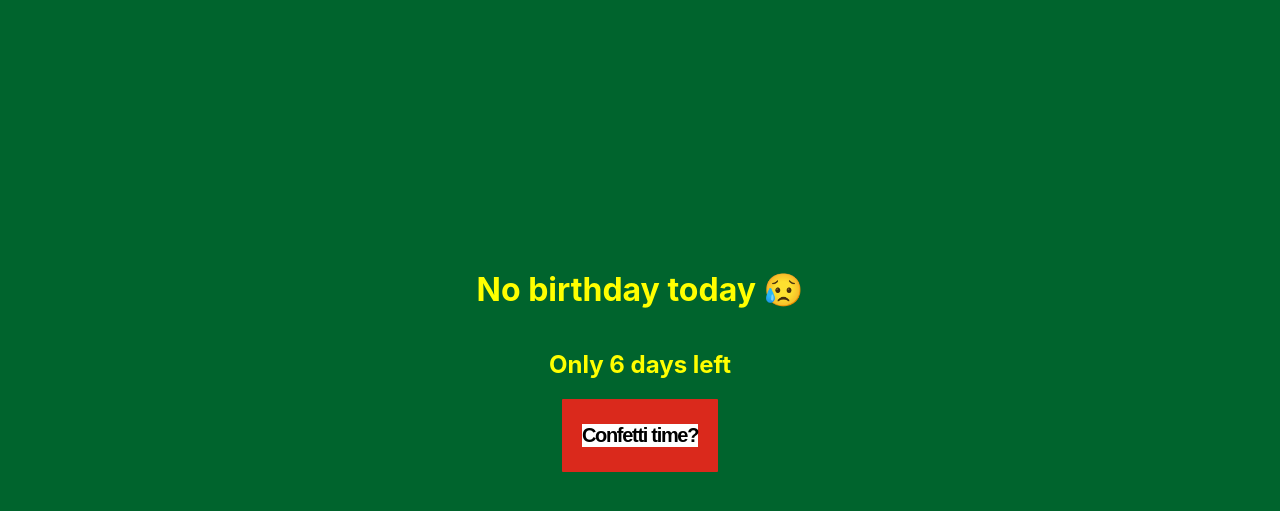
Repository: David-Waite/HannahsBirthdayWebsite
Page: /
These files come from the project's save history. The page is drawn as it stood at one moment and after a run of saves; the edit follows.
The browser window is 1280 px wide. The pictures show the whole page.
The project was rebuilt for these pictures with package versions that can differ from the ones it lists, and the page was loaded fresh each time.

Above is the page before, as saved 2023-03-30 18:23:51.

### src/index.css
body {
  margin: 0;
  font-family: -apple-system, BlinkMacSystemFont, "Segoe UI", "Roboto", "Oxygen",
    "Ubuntu", "Cantarell", "Fira Sans", "Droid Sans", "Helvetica Neue",
    sans-serif;
  -webkit-font-smoothing: antialiased;
  -moz-osx-font-smoothing: grayscale;
}

.App {
  width: 100vw;
  height: 100vh;
  display: flex;
  flex-direction: column;
  align-items: center;
  justify-content: center;
  background-color: #00642d;
  color: rgb(255, 255, 0);
}

button {
  border: none;
  padding: 5px 20px;
  background-color: #da291c;
  color: black;
  font-size: 20px;
  border-radius: 1px;
  font-weight: bold;
  letter-spacing: -1.3px;
}
button p {
  background-color: white;
}

### src/App.js
import "./App.css";

import Confetti from "react-confetti";

import { useState } from "react";

function App() {
  const [confetti, setConfetti] = useState(null);
  const [buttonText, setButtonText] = useState("Confetti time?");
  function isBirthdayToday() {
    const date = new Date();
    if (date.getMonth() === 3 && date.getDate() === 5) {
      return true;
    }
    return false;
  }

  function rainConfetti() {
    if (isBirthdayToday()) {
      setConfetti(true);
      setButtonText("Confetti time!");
    } else {
      setButtonText("no");
    }
  }

  function getDaysUntilBirthday() {
    const date = new Date();
    const hannahBday = new Date(date.getFullYear(), 3, 5);
    const hannahBdayNextYear = new Date(date.getFullYear() + 1, 3, 5);
    const oneDay = 1000 * 60 * 60 * 24;

    let daysUntilBirthday;
    if (hannahBday < date) {
      daysUntilBirthday =
        Math.ceil(hannahBdayNextYear.getTime() - date.getTime()) / oneDay;
    } else {
      daysUntilBirthday =
        Math.ceil(hannahBday.getTime() - date.getTime()) / oneDay;
    }

    return daysUntilBirthday;
  }

  // 5th april
  let birthdayText;
  if (isBirthdayToday()) {
    birthdayText = <h1>Happy birthday!🥳</h1>;
  } else {
    birthdayText = (
      <>
        <h1>No birthday today 😥</h1>
        <h2>Only {Math.ceil(getDaysUntilBirthday())} days left</h2>
      </>
    );
  }
  console.log(isBirthdayToday());
  const date = new Date();

  return (
    <div className="App">
      {confetti && <Confetti />}

      {birthdayText}
      <button onClick={rainConfetti}>
        <p>{buttonText}</p>
      </button>
    </div>
  );
}

export default App;

Loaded but not shown: public/index.html (common file); src/index.js (common file); src/reportWebVitals.js (common file); src/App.css (common file)

After the next 2 saves:
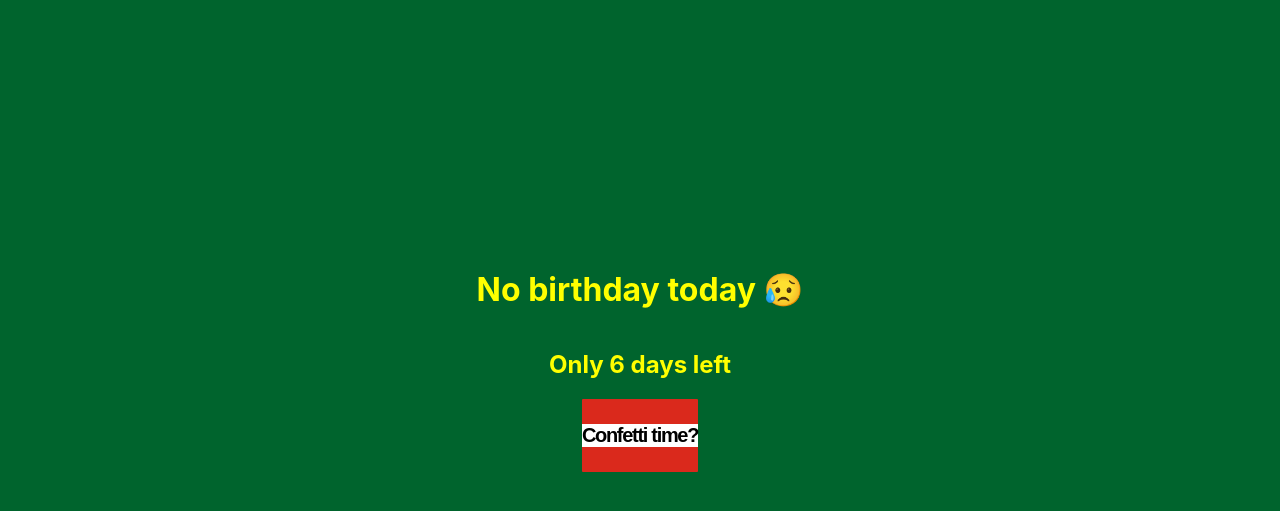
The 2 saves are shown as one change because they came seconds apart.
The last was saved 8 s later.
--- a/src/index.css
+++ b/src/index.css
@@ -20,7 +20,7 @@ body {
 
 button {
   border: none;
-  padding: 5px 20px;
+  padding: 5px 0px;
   background-color: #da291c;
   color: black;
   font-size: 20px;
